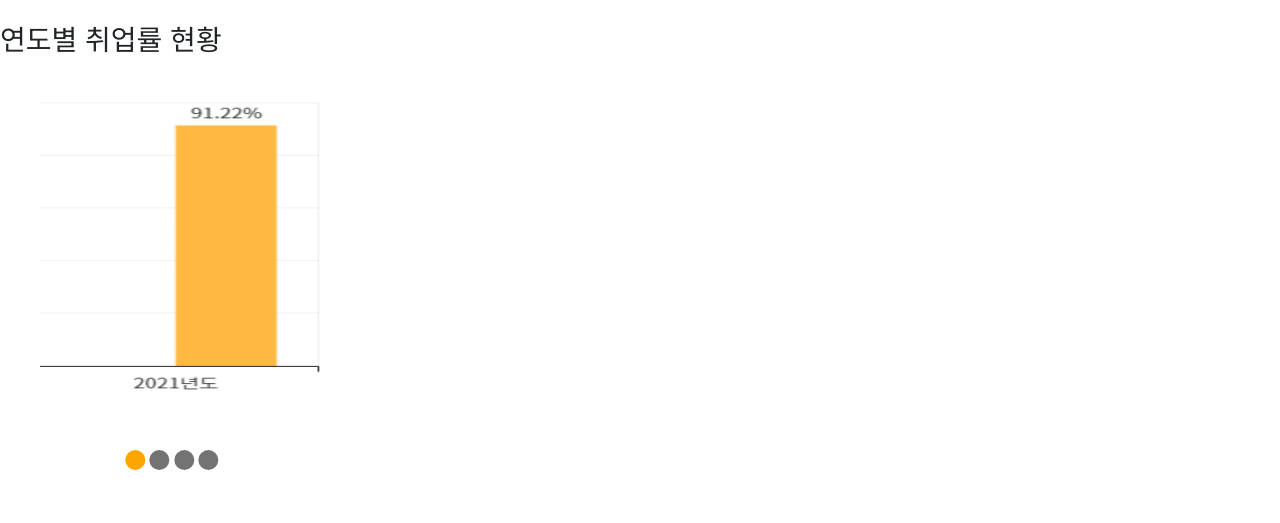
Repository: JavaJin96/kr.or.ddit.HighJava
Page: http://localhost/TeamProjectDCUM/work_psj/iframe_psj/getwork.jsp
These files come from the project's save history. The page is drawn as it stood at one moment and after the next save; the edit follows.
The browser window is 1280 px wide. The pictures show the whole page.
Some web fonts or font styles are not loaded; a fallback is used. The page is served by Tomcat 9. Other server files are loaded and not shown.

Above is the page before, as saved 2022-02-16 01:39:10.

### 3.Highjava/workspace/TeamProjectDCUM/WebContent/work_psj/iframe_psj/getwork.jsp
<%@ page language="java" contentType="text/html; charset=UTF-8"
    pageEncoding="UTF-8"%>
<!DOCTYPE html>
<html>
<head>
<meta charset="UTF-8">
<title>Insert title here</title>
<!-- 카드 -->
<link rel="stylesheet" href="https://cdn.jsdelivr.net/npm/bootstrap@4.6.1/dist/css/bootstrap.min.css">
<script src="https://cdn.jsdelivr.net/npm/jquery@3.5.1/dist/jquery.slim.min.js"></script>
<script src="https://cdn.jsdelivr.net/npm/popper.js@1.16.1/dist/umd/popper.min.js"></script>
<script src="https://cdn.jsdelivr.net/npm/bootstrap@4.6.1/dist/js/bootstrap.bundle.min.js"></script>
<link rel="preconnect" href="https://fonts.googleapis.com">
<link rel="preconnect" href="https://fonts.gstatic.com" crossorigin>
<link href="https://fonts.googleapis.com/css2?family=Black+Han+Sans&display=swap" rel="stylesheet">
<style>
/*---------------------- 슬라이드 ----------------------------*/
.slider{
	margin-left : 40px;
	margin-top : 40px;
    width: 300px;
    height: 400px;
    position: relative;
    overflow: hidden; /* 현재 슬라이드 오른쪽에 위치한 나머지 슬라이드 들이 보이지 않도록 가림 */
/*     text-align: center; */
	display: flex;
}
.slider input[type=radio]{
    display: none;
}
img{
	width : 300px;
    height : 300px;
}

ul.imgs{
    padding: 0;
    margin: 0;
    list-style: none;
}
ul.imgs li{
    position: absolute;
    left: 640px;
    transition-delay: 1s; /* 새 슬라이드가 이동해 오는 동안 이전 슬라이드 이미지가 배경이 보이도록 지연 */
    padding: 0;
    margin: 0;
}

.bullets{
    position: absolute;
    left: 44%;
    transform: translateX(-50%);
    bottom: 20px;
    z-index: 2;
}

.bullets label{
    display: inline-block;
    border-radius: 50%;
    background-color: rgba(0,0,0,0.55);
    width: 20px;
    height: 20px;
    cursor: pointer;
}

/* 현재 선택된 불릿 배경 흰색으로 구분 표시 */
.slider input[type=radio]:nth-child(1):checked~.bullets>label:nth-child(1){
    background-color: orange;
}

.slider input[type=radio]:nth-child(2):checked~.bullets>label:nth-child(2){
    background-color: orange;
}

.slider input[type=radio]:nth-child(3):checked~.bullets>label:nth-child(3){
    background-color: orange;
}

.slider input[type=radio]:nth-child(4):checked~.bullets>label:nth-child(4){
    background-color: orange;
}

 .slider input[type=radio]:nth-child(1):checked~ul.imgs>li:nth-child(1){
     left: 0;
     transition: 0.5s;
     z-index:1;
 }

 .slider input[type=radio]:nth-child(2):checked~ul.imgs>li:nth-child(2){
     left: 0;
     transition: 0.5s;
     z-index:1;
 }

 .slider input[type=radio]:nth-child(3):checked~ul.imgs>li:nth-child(3){
     left: 0;
     transition: 0.5s;
     z-index:1;
 }

 .slider input[type=radio]:nth-child(4):checked~ul.imgs>li:nth-child(4){
     left: 0;
     transition: 0.5s;
     z-index:1;
 }
 body{
 	font-family: 'Black Han Sans', sans-serif;
 }

</style>


</head>
<body>
	&nbsp;&nbsp;&nbsp;<h3>연도별 취업률 현황</h3>
	<div class="slider" targer="ifr">
	    <input type="radio" name="slide" id="slide1" checked>
	    <input type="radio" name="slide" id="slide2">
	    <input type="radio" name="slide" id="slide3">
	    <input type="radio" name="slide" id="slide4">

	    <ul id="imgholder" class="imgs">
	        <li><img src="<%=request.getContextPath()%>/images/main/getwork2.png" targer="ifr"></li>
	        <li><img src="<%=request.getContextPath()%>/images/main/getwork3.PNG" targer="ifr"></li>
	        <li><img src="<%=request.getContextPath()%>/images/main/getwork4.PNG" targer="ifr"></li>
	        <li><img src="<%=request.getContextPath()%>/images/main/getwork5.PNG" targer="ifr" ></li>
	    </ul>

	    <div class="bullets">
	        <label for="slide1">&nbsp;</label>
	        <label for="slide2">&nbsp;</label>
	        <label for="slide3">&nbsp;</label>
	        <label for="slide4">&nbsp;</label>
	    </div>
	</div>


</body>
</html>

After the next save:
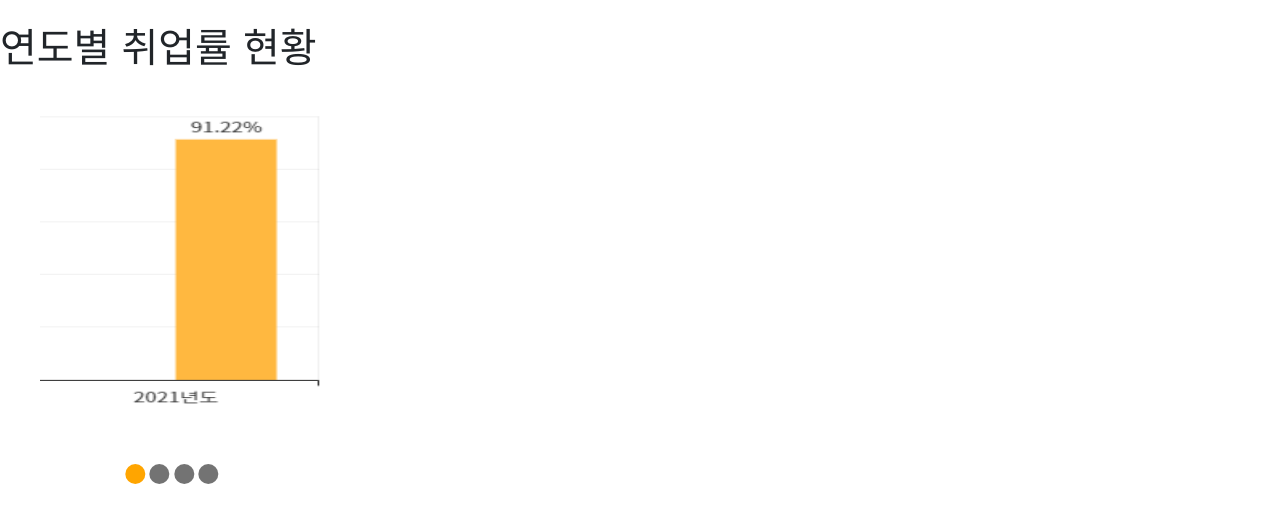
Saved 8 s later.
--- a/3.Highjava/workspace/TeamProjectDCUM/WebContent/work_psj/iframe_psj/getwork.jsp
+++ b/3.Highjava/workspace/TeamProjectDCUM/WebContent/work_psj/iframe_psj/getwork.jsp
@@ -112,7 +112,7 @@ ul.imgs li{
 
 </head>
 <body>
-	&nbsp;&nbsp;&nbsp;<h3>연도별 취업률 현황</h3>
+	&nbsp;&nbsp;&nbsp;<h1>연도별 취업률 현황</h1>
 	<div class="slider" targer="ifr">
 	    <input type="radio" name="slide" id="slide1" checked>
 	    <input type="radio" name="slide" id="slide2">
